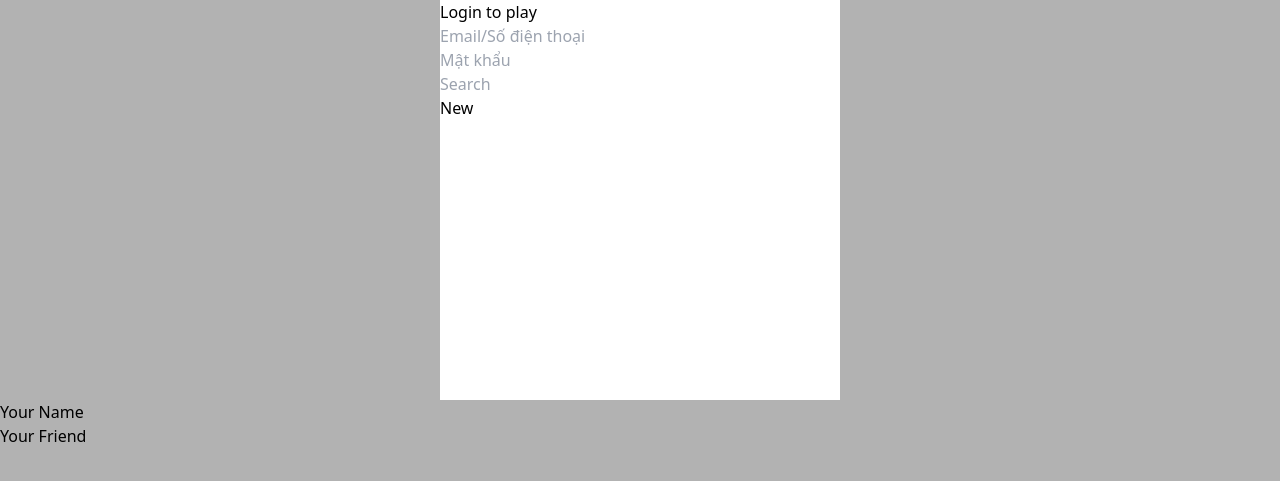
Repository: Teddy1705/demo_pj
Page: /
An editor plug-in stored every save of this project. The page is shown before and after the next save, followed by the edit.
The browser window is 1280 px wide. The pictures show the whole page.
The project was rebuilt for these pictures with package versions that can differ from the ones it lists, and the page was loaded fresh each time. Also part of the build but not shown: vite.config.js.

Above is the page before, as saved 2024-04-16 09:24:36.

After the next save:
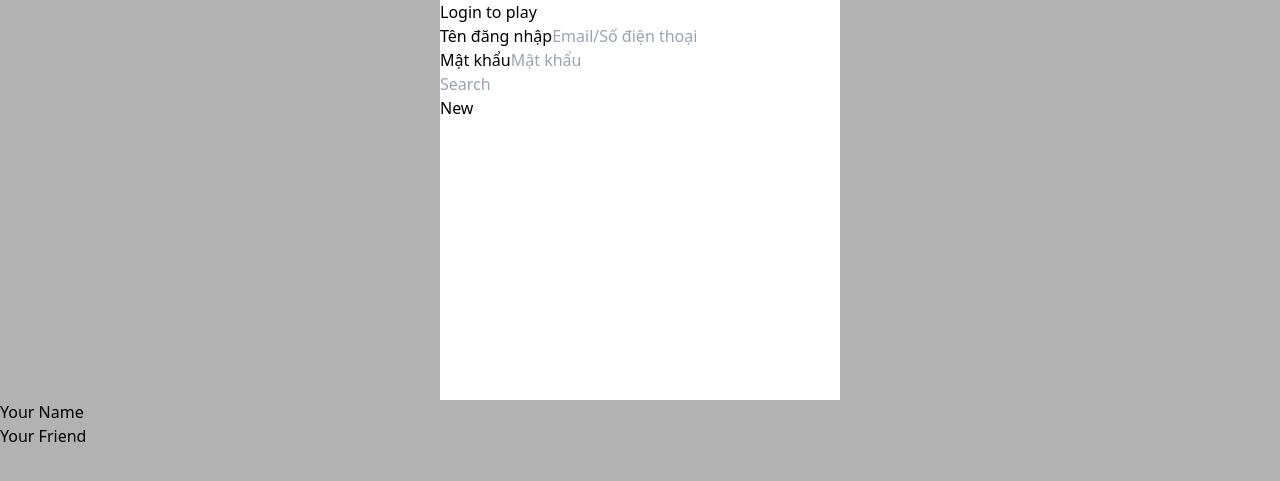
Saved 27 s later.
--- a/src/routes/root.jsx
+++ b/src/routes/root.jsx
@@ -11,7 +11,9 @@ export default function Root() {
               </div>
               <div className="auth-form__info">
                 <div className="auth-form__info-details">
-                  <label htmlFor="" className="auth-form__label"></label>
+                  <label htmlFor="" className="auth-form__label">
+                    Tên đăng nhập
+                  </label>
                   <input
                     type="text"
                     className="auth-form__info-input"
@@ -19,6 +21,9 @@ export default function Root() {
                   />
                 </div>
                 <div className="auth-form__info-details">
+                  <label htmlFor="" className="auth-form__label">
+                    Mật khẩu
+                  </label>
                   <input
                     type="password"
                     className="auth-form__info-input"
